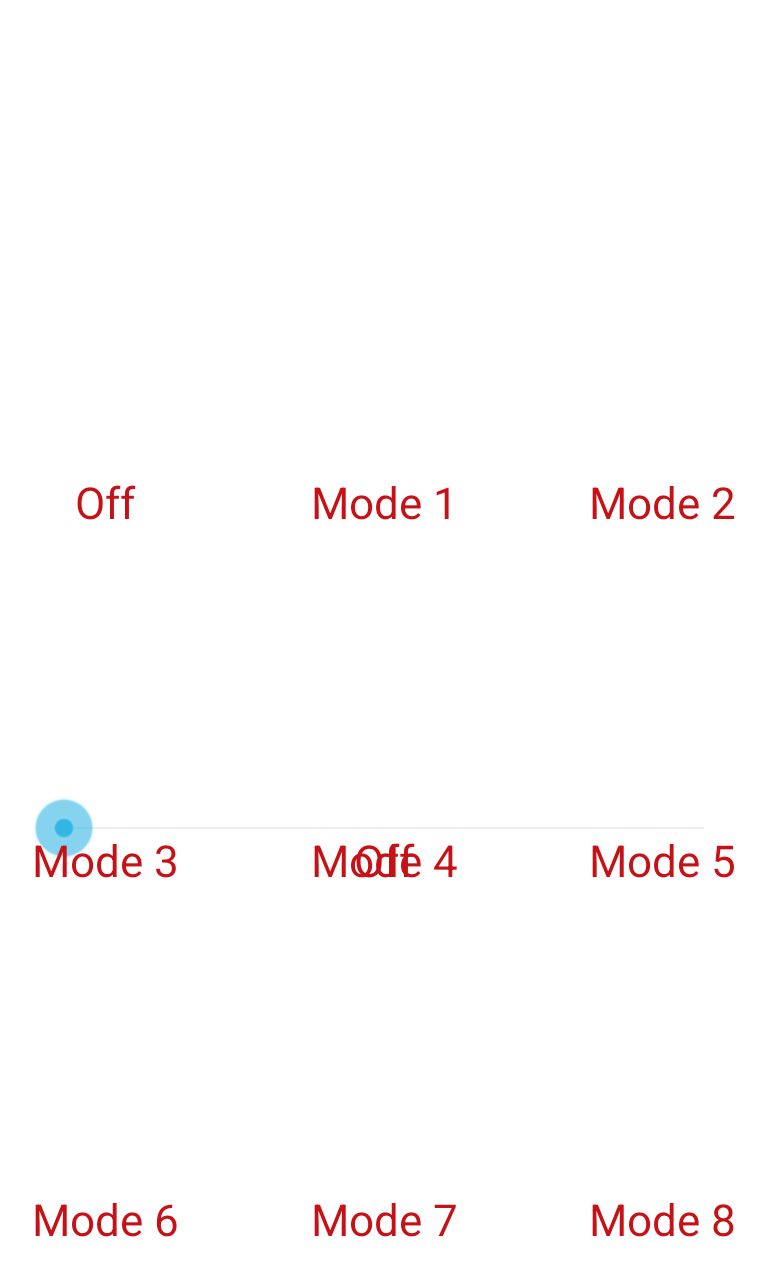
Repository: DigitasLabsParis/UnicornHorn
Layout: AndroidApp/UnicHorn/res/layout/activity_main.xml
An editor plug-in stored every save of this project. The layout is shown before and after the next save, followed by the edit.
It is drawn on a 768 x 1280 px phone screen (xhdpi) without system bars, with theme AppTheme; the app's code is not run.

Above is the layout before, as saved 2015-01-06 15:28:02.

After the next save:
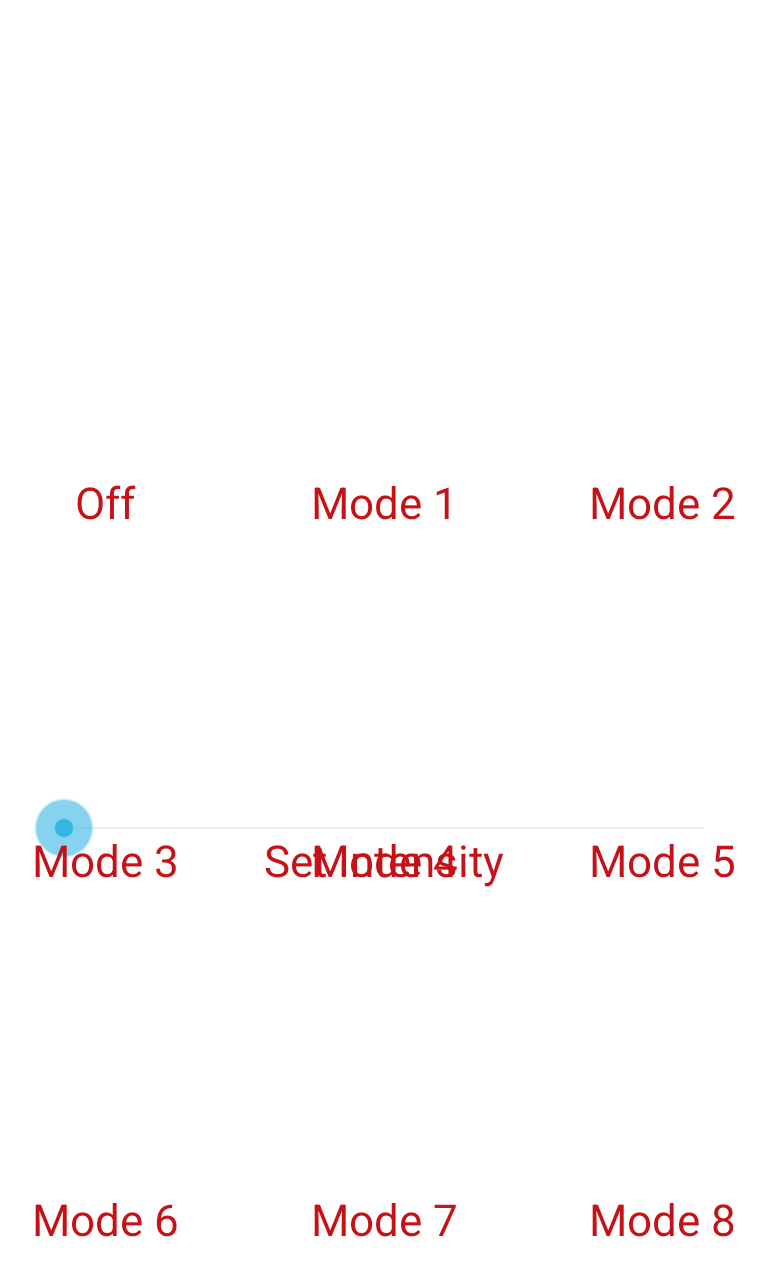
Saved 5 s later.
--- a/AndroidApp/UnicHorn/res/layout/activity_main.xml
+++ b/AndroidApp/UnicHorn/res/layout/activity_main.xml
@@ -32,7 +32,7 @@
             android:layout_row="0"
             android:gravity="center"
             android:layout_gravity="fill"
-            android:text="Off"
+            android:text="Set Intensity"
             android:textColor="#C61117"
             android:textAppearance="?android:attr/textAppearanceLarge" />
 
